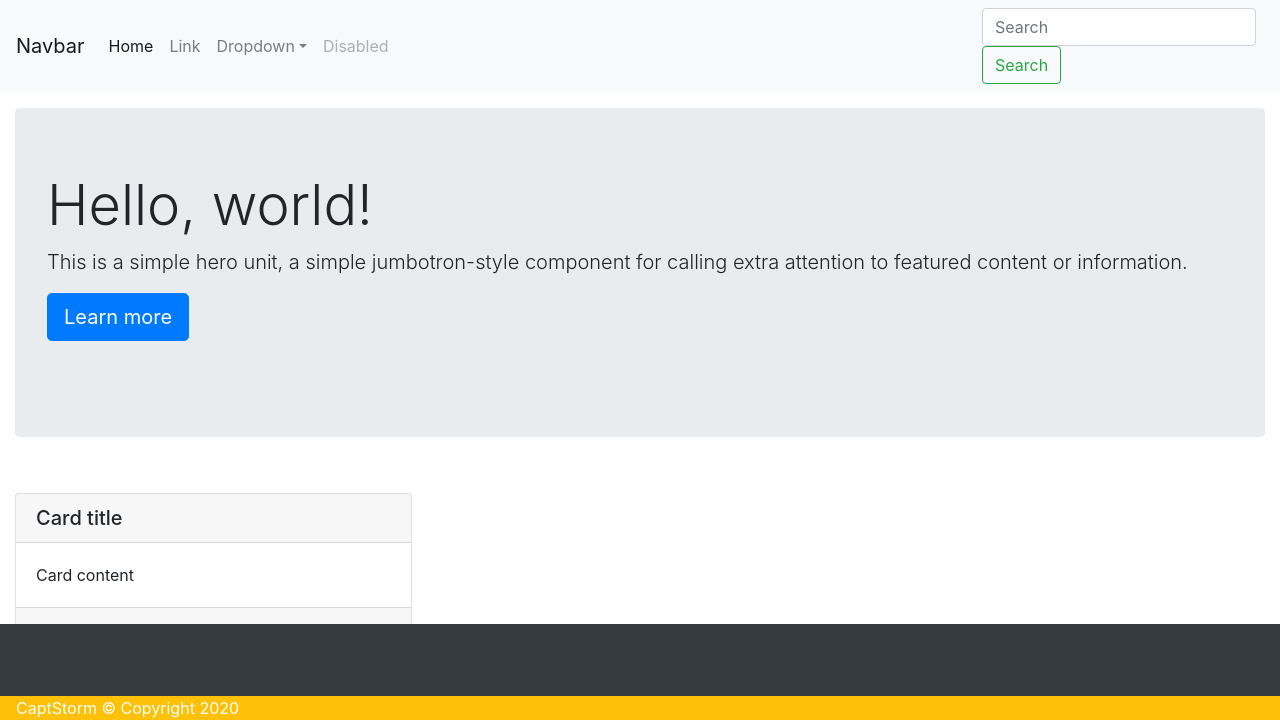
Repository: CaptainStorm21/complete-react16-bootstrap-passing-props
Page: /
The author's editor kept a copy of each file at every save. The page is drawn from the files as they stood at one save, then again after a run of saves.
The browser window is 1280 px wide. The pictures show the whole page.
The project was rebuilt for these pictures with package versions that can differ from the ones it lists, and the page was loaded fresh each time.

Above is the page before, as saved 2020-04-23 14:15:50.

### public/index.html
<!DOCTYPE html>
<html lang="en">
<head>
  <title>Bootstrap Example</title>
  <meta charset="utf-8">
  <meta name="viewport" content="width=device-width, initial-scale=1">
  <link rel="stylesheet" href="https://maxcdn.bootstrapcdn.com/bootstrap/4.4.1/css/bootstrap.min.css">
  <script src="https://ajax.googleapis.com/ajax/libs/jquery/3.4.1/jquery.min.js"></script>
  <script src="https://cdnjs.cloudflare.com/ajax/libs/popper.js/1.16.0/umd/popper.min.js"></script>
  <script src="https://maxcdn.bootstrapcdn.com/bootstrap/4.4.1/js/bootstrap.min.js"></script>
</head>
<body>
<div id="root"></div>

</body>
</html>

### src/index.js
import React from 'react';
import ReactDOM from 'react-dom';
import './style.css';
import App from './App';
import * as serviceWorker from './serviceWorker';


ReactDOM.render(
  <React.StrictMode>
    <App />
  </React.StrictMode>,
  document.getElementById('root')
);

// If you want your app to work offline and load faster, you can change
// unregister() to register() below. Note this comes with some pitfalls.
// Learn more about service workers: https://bit.ly/CRA-PWA
serviceWorker.unregister();

### src/style.css




body {
  margin: 0;
  font-family: -apple-system, BlinkMacSystemFont, 'Segoe UI', 'Roboto', 'Oxygen',
    'Ubuntu', 'Cantarell', 'Fira Sans', 'Droid Sans', 'Helvetica Neue',
    sans-serif;
  -webkit-font-smoothing: antialiased;
  -moz-osx-font-smoothing: grayscale;
}

.footer {
  position: absolute;
  bottom: 0;
  width: 100%;
  height: 60px; /* Set the fixed height of the footer here */
  line-height: 60px; /* Vertically center the text there */
  background-color: purple;
}

### src/App.js
import React from "react";
import Main from "./components/Main";
import ContanerCard from "./components/ContainerCard";

import Header from "./components/layout/Header";
import Footer from "./components/layout/Footer";

function App() {
  return (
    <div>
      <Header />
      <div classNameName="container-fluid">
        <div className="col-lg-12 py-3">
          <Main />
        </div>
        <div className="container-fluid">
          <div className="row">
            <ContanerCard />
          </div>
        </div>
        <Footer />
      </div>
    </div>
  );
}

export default App;

### src/components/Main.js
import React from "react";

function Main() {
  return (
    <div className="jumbotron">
      <h1 className="display-4">Hello, world!</h1>
      <p className="lead">
        This is a simple hero unit, a simple jumbotron-style component for
        calling extra attention to featured content or information.
        <p className = "py-3">
        <a className="btn btn-primary btn-lg" href="#" role="button">
          Learn more
        </a>
        </p>
      </p>
    </div>
  );
}

export default Main;

### src/components/ContainerCard.js
import React from "react";

function ContainerCard() {
  return (
    <div className="col-md-4 col-lg-4 py-2">
    <div className="card">
      <h5 className="card-header">Card title</h5>
      <div className="card-body">
        <p className="card-text">Card content</p>
      </div>
      <div className="card-footer">Card footer</div>
    </div>
    </div>
  );
}

export default ContainerCard;

### src/components/layout/Header.js
import React from "react";
import Navbar from "./Navbar";

function Header() {
  return (
    <nav className="navbar navbar-expand-lg navbar-light bg-light">
              <Navbar />
    </nav>
  );
}

export default Header;

### src/components/layout/Footer.js
import React from "react";

function Footer() {
  return (
    <footer className="bg-dark py-5 fixed-bottom ">
      <div className="container"></div>
      <div className="container-fluid">
        <div className="row bg-info">
        <div className="bg-warning fixed-bottom">
          <span className="p-3 text-white">
            CaptStorm &copy; Copyright 2020
          </span>
        </div>        </div>
      </div>
    </footer>
  );
}

export default Footer;

### src/components/layout/Navbar.js
import React from "react";
import "./Nav.css";

function Navbar() {
  return (
    <>
   <a className="navbar-brand" href="/">Navbar</a>
        <button className="navbar-toggler" type="button" data-toggle="collapse" data-target="#navbarSupportedContent" aria-controls="navbarSupportedContent" aria-expanded="false" aria-label="Toggle navigation">
          <span className="navbar-toggler-icon"></span>
        </button>

        <div className="collapse navbar-collapse" id="navbarSupportedContent">
          <ul className="navbar-nav mr-auto">
            <li className="nav-item active">
              <a className="nav-link" href="/">Home <span className="sr-only">(current)</span></a>
            </li>
            <li className="nav-item">
              <a className="nav-link" href="/">Link</a>
            </li>
            <li className="nav-item dropdown">
              <a className="nav-link dropdown-toggle" href="/" id="navbarDropdown" role="button" data-toggle="dropdown" aria-haspopup="true" aria-expanded="false">
                Dropdown
              </a>
              <div className="dropdown-menu" aria-labelledby="navbarDropdown">
                <a className="dropdown-item" href="/">Action</a>
                <a className="dropdown-item" href="/">Another action</a>
                <div className="dropdown-divider"></div>
                <a className="dropdown-item" href="/">Something else here</a>
              </div>
            </li>
            <li className="nav-item">
              <a className="nav-link disabled" href="/">Disabled</a>
            </li>
          </ul>
          <form className="form-inline my-2 my-lg-0">
            <input className="form-control mr-sm-2" type="search" placeholder="Search" aria-label="Search" />
            <button className="btn btn-outline-success my-2 my-sm-0" type="submit">Search</button>
          </form>
        </div>
  </>
)
}

export default Navbar;

### src/components/layout/Nav.css
@media (min-width: 768px) {
    .navbar-nav {
      width: 100%;
      text-align: center;
    }
    .navbar-nav > li {
      float: none;
      display: inline-block;
    }
    .navbar-nav > li.navbar-right {
      float: right !important;
    }
  }

Loaded but not shown: src/serviceWorker.js (common file)

After the next 2 saves:
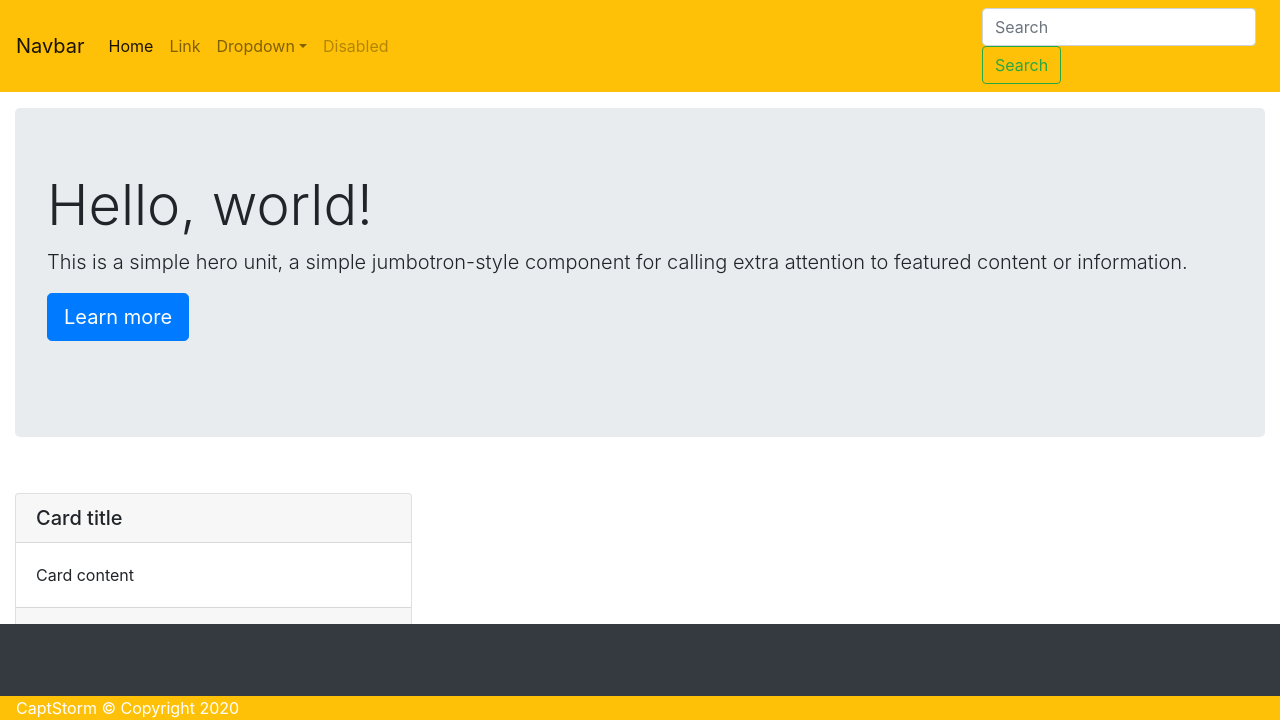
The 2 saves are shown as one change because they came seconds apart.
The last was saved 19 s later.
--- a/src/components/layout/Header.js
+++ b/src/components/layout/Header.js
@@ -3,7 +3,7 @@ import Navbar from "./Navbar";
 
 function Header() {
   return (
-    <nav className="navbar navbar-expand-lg navbar-light bg-light">
+    <nav className="navbar navbar-expand-lg navbar-light bg-warning">
               <Navbar />
     </nav>
   );
